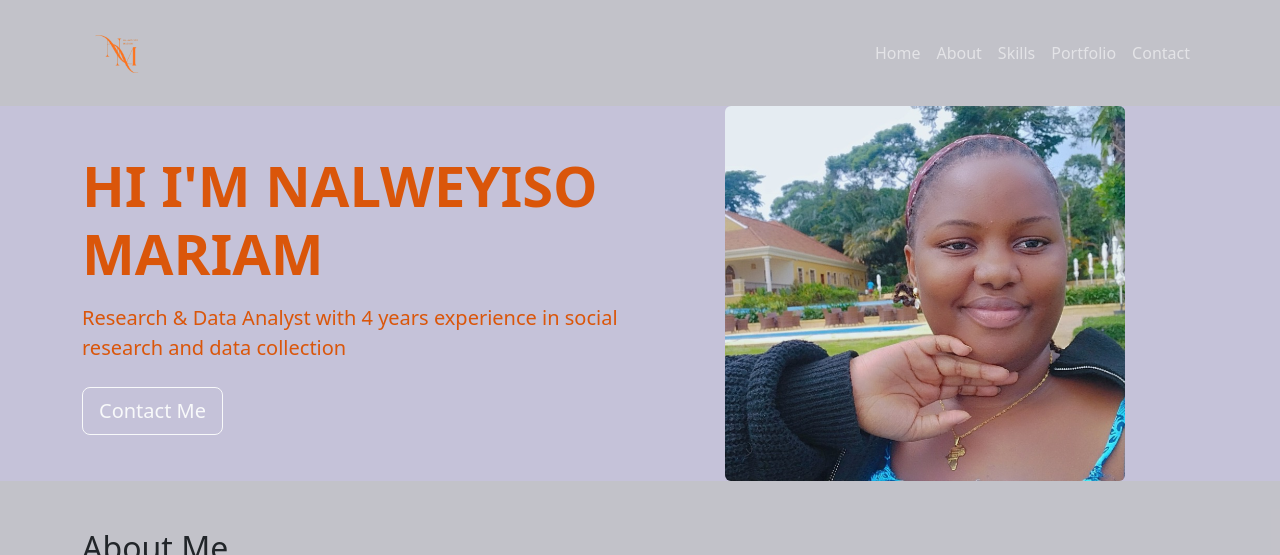
Repository: NalweMari/My-Personal-Portfolio
Page: index.html
An editor plug-in stored every save of this project. The page is shown before and after the next save, followed by the edit.
The browser window is 1280 px wide. The pictures show the part of the page from y = 0 to 555 px (the page is 1420 px tall).
A picture or video elsewhere on the page could not be fetched, so the positions and the page height are approximate.

Above is the page before, as saved 2025-11-30 07:44:39.
Console error (its wording comes from the project's code and is left out).

### index.html
<!DOCTYPE html>
<html lang="en">

<head>
    <meta charset="UTF-8">
    <meta name="viewport" content="width=device-width, initial-scale=1.0">
    <title>My Portfolio</title>
    <link rel="stylesheet" href="style.css">
    <!-- Bootstrap CSS -->
    <link href="https://cdn.jsdelivr.net/npm/bootstrap@5.3.0/dist/css/bootstrap.min.css" rel="stylesheet">
    <!-- Font Awesome for icons -->
    <link rel="stylesheet" href="https://cdnjs.cloudflare.com/ajax/libs/font-awesome/6.4.0/css/all.min.css">
</head>
<body>
    <!-- Navigation -->
    <nav class="navbar navbar-expand-lg navbar-dark bg-custom fixed top">
        <div class="container sm">
            <a class="navbar-brand Logo" href="#"><img src="images/Initials_Logo-preview (1).png" alt="Your Logo"
                    height="80"></a> <button class="navbar-toggler" type="button" data- 6 toggle="collapse"
                data-target="#navbarNav" aria-controls="navbarNav" aria-expanded="false" aria-label="Toggle navigation">
                <span class="navbar-toggler-icon"></span> </button>
            <div class="collapse navbar-collapse" id="navbarNav">
                <ul class="navbar-nav ms-auto">
                    <li class="nav-item"><a class="nav-link" href="#home">Home</a></li>
                    <li class="nav-item"><a class="nav-link" href="#about">About</a></li>
                    <li class="nav-item"><a class="nav-link" href="#skills">Skills</a></li>
                    <li class="nav-item"><a class="nav-link" href="#portfolio">Portfolio</a></li>
                    <li class="nav-item"><a class="nav-link" href="#contact">Contact</a></li>
                </ul>
            </div>
        </div>
    </nav>

    <!-- Hero Section -->
    <section id="home" class="hero-section">
        <div class="container">
            <div class="row align-items-center">
                <div class="col-lg-6">
                    <h1 class="display-4 fw-bold mb-3">HI I'M NALWEYISO MARIAM</h1>
                    <p class="lead mb-4">Research & Data Analyst with 4 years experience in social research and data
                        collection</p>
                    <div class="d-flex flex-wrap gap-3">
                       <a href="#contact" class="btn btn-outline-light btn-lg">Contact Me</a>
                    </div>
                </div>
                <div class="col-lg-6 text-center mt-5 mt-lg-0">
                    <img src="images/Profile design.png" class="img-fluid rounded large-profile"
                        alt="Nalweyiso Mariam">
                </div>
            </div>
        </div>
    </section>

    <!-- About Section -->
    <section id="about" class="py-5 bg-custom">
        <div class="container">
            <h2 class="section-title">About Me</h2>
            <div class="row align-items-center">
                <div class="col-lg-4 text-center mb-4 mb-lg-0">
                    <img src="images/woman coding.jpg" class="img-fluid rounded shadow" alt="Nalweyiso Mariam"
                        style="max-width: 300px;">
                </div>
                <div class="col-lg-8">
                    <p class="lead">Hi, I'm Nalweyiso Mariam. I'm a research/data analyst with 4 years of experience in
                        social research, qualitative and quantitative data collection.</p>
                    <p>I'm currently developing strong analytical capacity with practical learning in Excel, SQL,
                        Python,
                        and data visualization. Skilled in documentation, scheduling, planning, teamwork, and report
                        drafting, with additional beginner-level exposure to web development.I'm always excited about
                        challenges and take on challenging projects.</p>
                    <div class="row mt-4">
                        <div class="col-md-6">
                            <ul class="list-unstyled">
                                <li class="mb-2"><i class="fas fa-check text-primary me-2"></i> Social Research</li>
                                <li class="mb-2"><i class="fas fa-check text-primary me-2"></i> Data Analysis</li>
                                <li class="mb-2"><i class="fas fa-check text-primary me-2"></i> Qualitative Methods</li>
                            </ul>
                        </div>
                        <div class="col-md-6">
                            <ul class="list-unstyled">
                                <li class="mb-2"><i class="fas fa-check text-primary me-2"></i> web development</li>
                                <li class="nav-item"><i class="fas fa-check text-primary me-2"></i> Data Visualization
                                </li>
                                <li class="mb-2"><i class="fas fa-check text-primary me-2"></i> Project Documentation
                                </li>
                            </ul>
                        </div>
                    </div>
                    <div class="mt-4">
                        <a href="#" class="btn btn-primary me-3"><i class="fas fa-download me-2"></i>Download CV</a>
                    </div>
                </div>
            </div>
        </div>
    </section>
    <!-- Skills Section -->
    <section id="skills" class="py-5">
        <div class="container">
            <h2 class="section-title text-center">My Skills</h2>
            <div class="row">
                <div class="col-md-6">
                    <h5 class="mt-4">Data Analysis & Research</h5>
                    <div class="skill-bar">
                        <div class="skill-progress" style="width: 90%"></div>
                    </div>

                    <h5 class="mt-4">Qualitative Research</h5>
                    <div class="skill-bar">
                        <div class="skill-progress" style="width: 85%"></div>
                    </div>

                    <h5 class="mt-4">Quantitative Analysis</h5>
                    <div class="skill-bar">
                        <div class="skill-progress" style="width: 80%"></div>
                    </div>

                    <h5 class="mt-4">Data Collection</h5>
                    <div class="skill-bar">
                        <div class="skill-progress" style="width: 88%"></div>
                    </div>
                </div>
                <div class="col-md-6">
                    <h5 class="mt-4">Data Visualization</h5>
                    <div class="skill-bar">
                        <div class="skill-progress" style="width: 75%"></div>
                    </div>

                    <h5 class="mt-4">Documentation</h5>
                    <div class="skill-bar">
                        <div class="skill-progress" style="width: 92%"></div>
                    </div>

                    <h5 class="mt-4">Project Planning</h5>
                    <div class="skill-bar">
                        <div class="skill-progress" style="width: 83%"></div>
                    </div>

                    <h5 class="mt-4">Team Collaboration</h5>
                    <div class="skill-bar">
                        <div class="skill-progress" style="width: 87%"></div>
                    </div>
                </div>
            </div>
        </div>
    </section>
    <script src="https://stackpath.bootstrapcdn.com/bootstrap/4.5.2/js/bootstrap.min.js"></script>
</body>

</html>

### Style.css
.bg-custom {
  background-color: rgba(3, 0, 31, 0.24);
}
.navbar-dark .navbar-nav .nav-link:hover {
    color: rgb(218, 86, 10);
}
.hero-section {
  background-color: rgba(13, 3, 99, 0.24);
  color:  rgb(218, 86, 10);
 /* padding: 10px 0; */
}
.large-profile {
    width: 400px;
    height: 400px;
    object-fit: cover;
}

 .skill-bar {
            height: 12px;
            background-color: #e9ecef;
            border-radius: 10px;
            margin-bottom: 20px;
            overflow: hidden;
        }

        .skill-progress {
            height: 100%;
            border-radius: 10px;
            background: linear-gradient(90deg, var(--primary-color), var(--secondary-color));
            transition: width 1s ease-in-out;
        }

        .project-card {
            transition: transform 0.3s ease, box-shadow 0.3s ease;
            border: none;
            box-shadow: 0 5px 15px rgba(0,0,0,0.08);
        }

        .project-card:hover {
            transform: translateY(-10px);
            box-shadow: 0 15px 30px rgba(0,0,0,0.15);
        }

/* .skill-bar {
  height: 20px;
  background-color: #e9ecef;
  border-radius: 5px;
  margin-bottom: 15px;
}
.skill-progress {
  height: 100%;
  border-radius: 5px;
  background-color: #0d6efd;
}
.project-card {
  transition: transform 0.3s;
}
.project-card:hover {
  transform: translateY(-5px);
} */

After the next save:
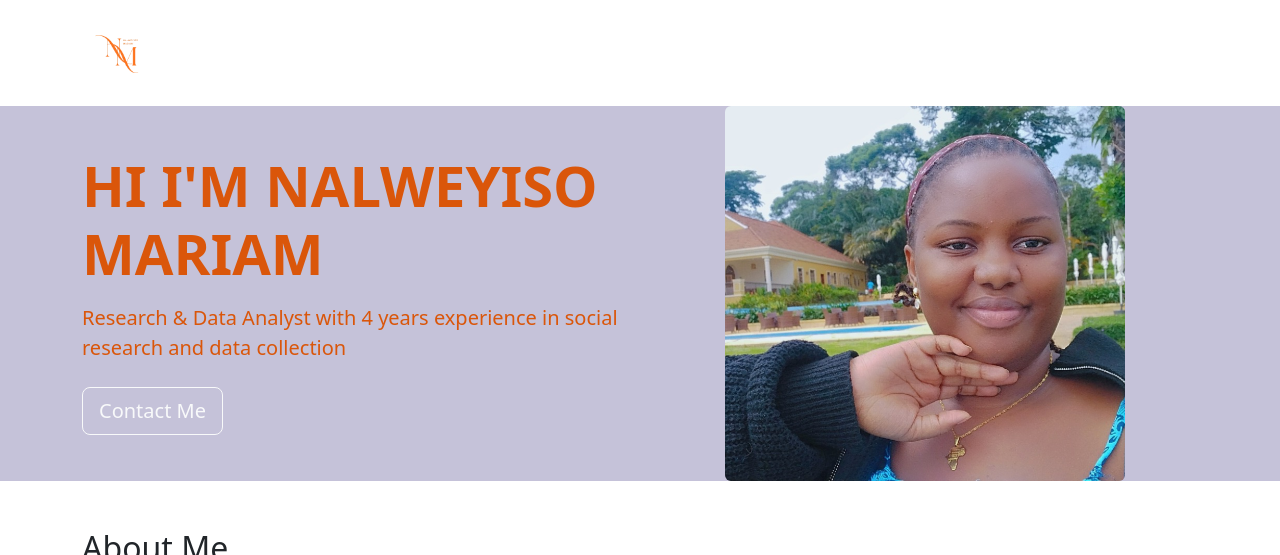
Saved 8 min 34 s later.
--- a/Style.css
+++ b/Style.css
@@ -1,5 +1,5 @@
 .bg-custom {
-  background-color: rgba(3, 0, 31, 0.24);
+  background-color: ba(3, 0, 31, 0.24);
 }
 .navbar-dark .navbar-nav .nav-link:hover {
     color: rgb(218, 86, 10);
